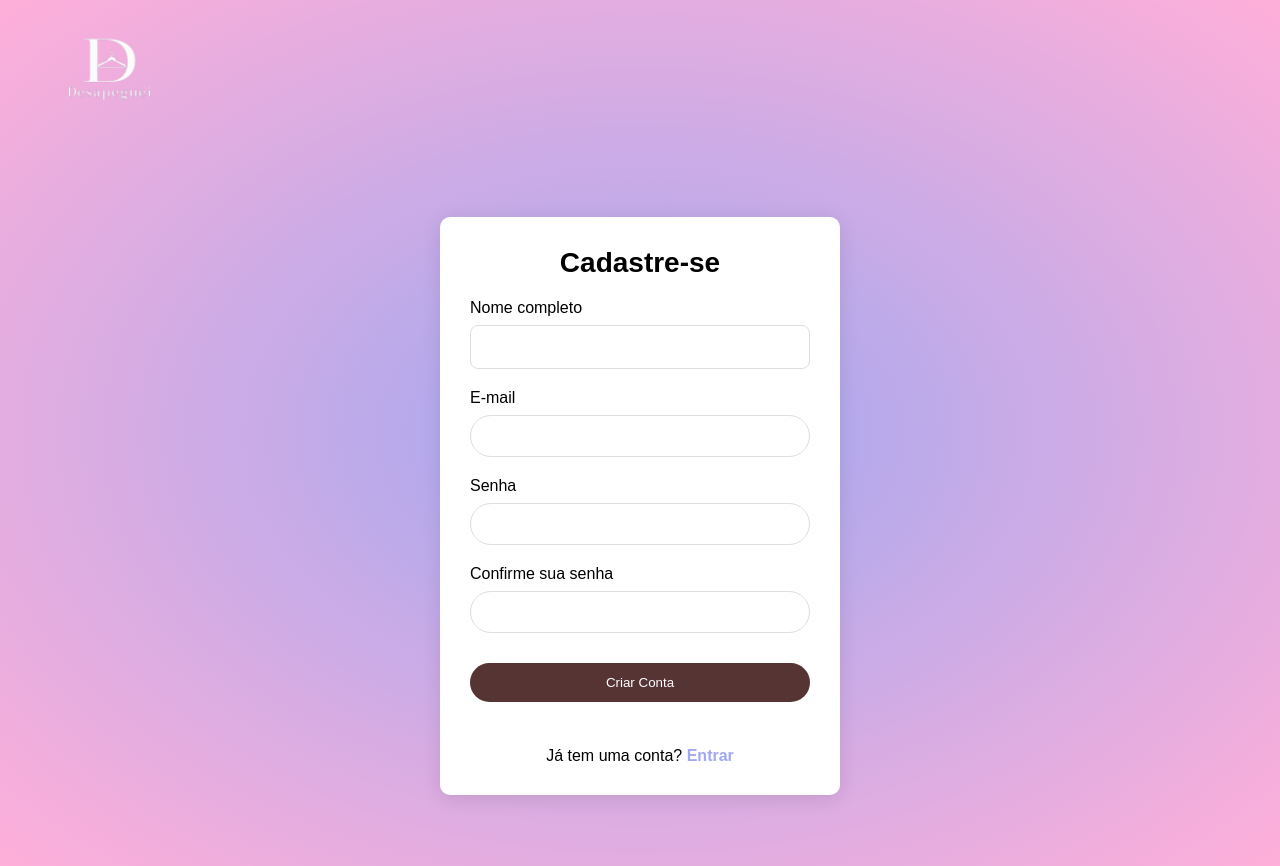
Repository: lanai-giani/Desapeguei
Page: http://localhost/desapeguei/cadastro.html
These files come from the project's save history. The page is drawn as it stood at one moment and after the next save; the edit follows.
The browser window is 1280 px wide. The pictures show the whole page.
The page is run by PHP 8.4 with error messages shown; the project is at /var/www/html/.

Above is the page before, as saved 2025-06-28 00:04:50.
Console error: TypeError: Cannot read properties of null (reading 'style')

After the next save:
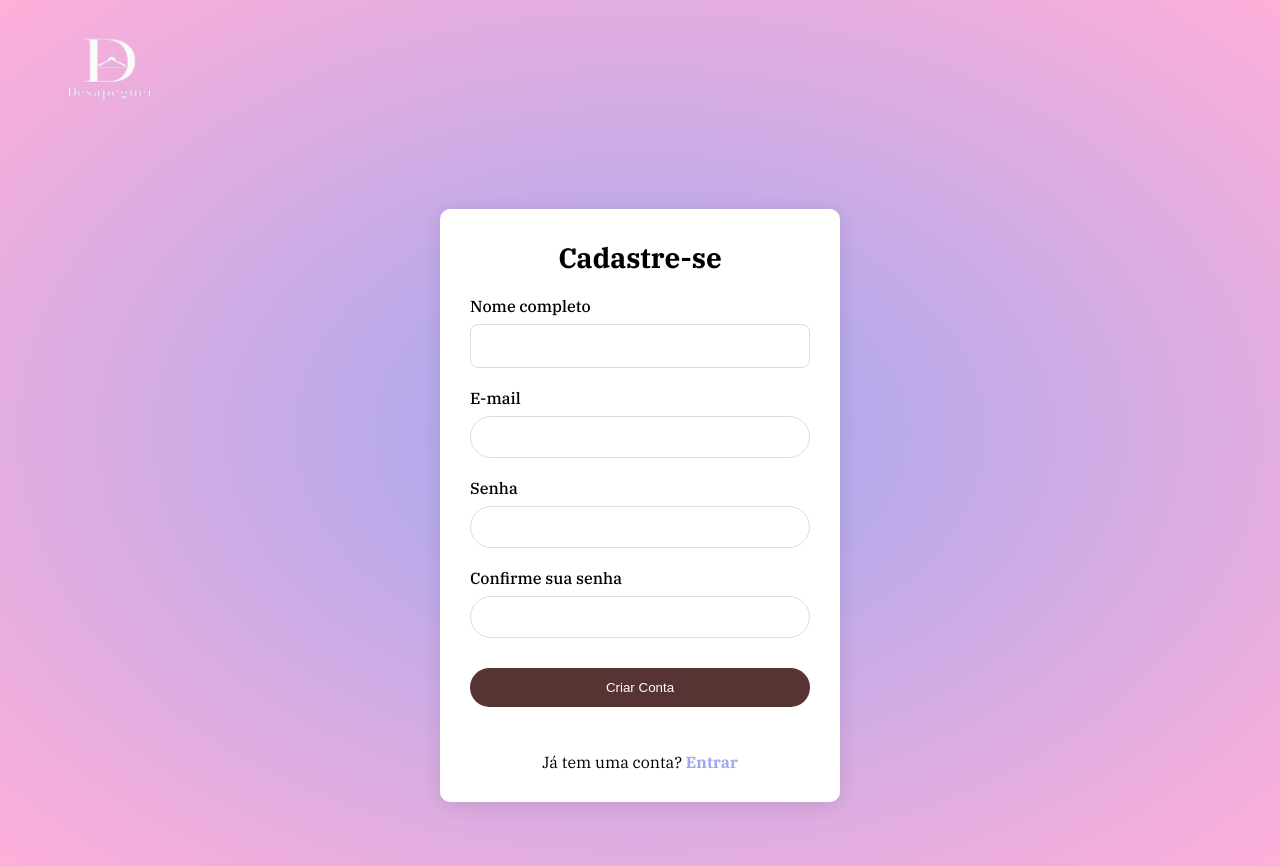
Saved 18 s later.
--- a/assets/css/style.css
+++ b/assets/css/style.css
@@ -1102,89 +1102,3 @@
     padding: 0;
     min-height: 100vh;
 }
-
-
-
-body {
-    margin: 0;
-    font-family: Arial, sans-serif;
-}
-
-.top-bar {
-    display: flex;
-    justify-content: space-between;
-    align-items: center;
-    padding: 10px 20px;
-    background: linear-gradient(to right, #d16ba5, #c777b9, #ba83ca, #aa8fd8, #9a9ae1);
-    color: white;
-}
-
-.top-bar .logo {
-    font-size: 24px;
-    cursor: pointer;
-}
-
-.top-bar input {
-    width: 300px;
-    padding: 5px;
-    border-radius: 10px;
-    border: none;
-}
-
-.top-bar nav a {
-    color: white;
-    margin: 0 10px;
-    text-decoration: none;
-}
-
-.cart-icon {
-    font-size: 20px;
-}
-
-.conta-container {
-    padding: 30px;
-}
-
-.perfil {
-    display: flex;
-    align-items: center;
-    gap: 20px;
-    margin-bottom: 30px;
-}
-
-.foto {
-    width: 80px;
-    height: 80px;
-    background-color: #ccc;
-    border-radius: 50%;
-}
-
-.edit-icon {
-    cursor: pointer;
-    margin-left: 10px;
-    color: #555;
-}
-
-.abas {
-    display: flex;
-    gap: 20px;
-    margin-bottom: 20px;
-}
-
-.abas button {
-    background-color: #eee;
-    border: none;
-    padding: 10px 20px;
-    cursor: pointer;
-    border-radius: 10px;
-}
-
-.abas button:hover {
-    background-color: #ddd;
-}
-
-.conteudo {
-    background-color: #f9f9f9;
-    padding: 20px;
-    border-radius: 10px;
-}
